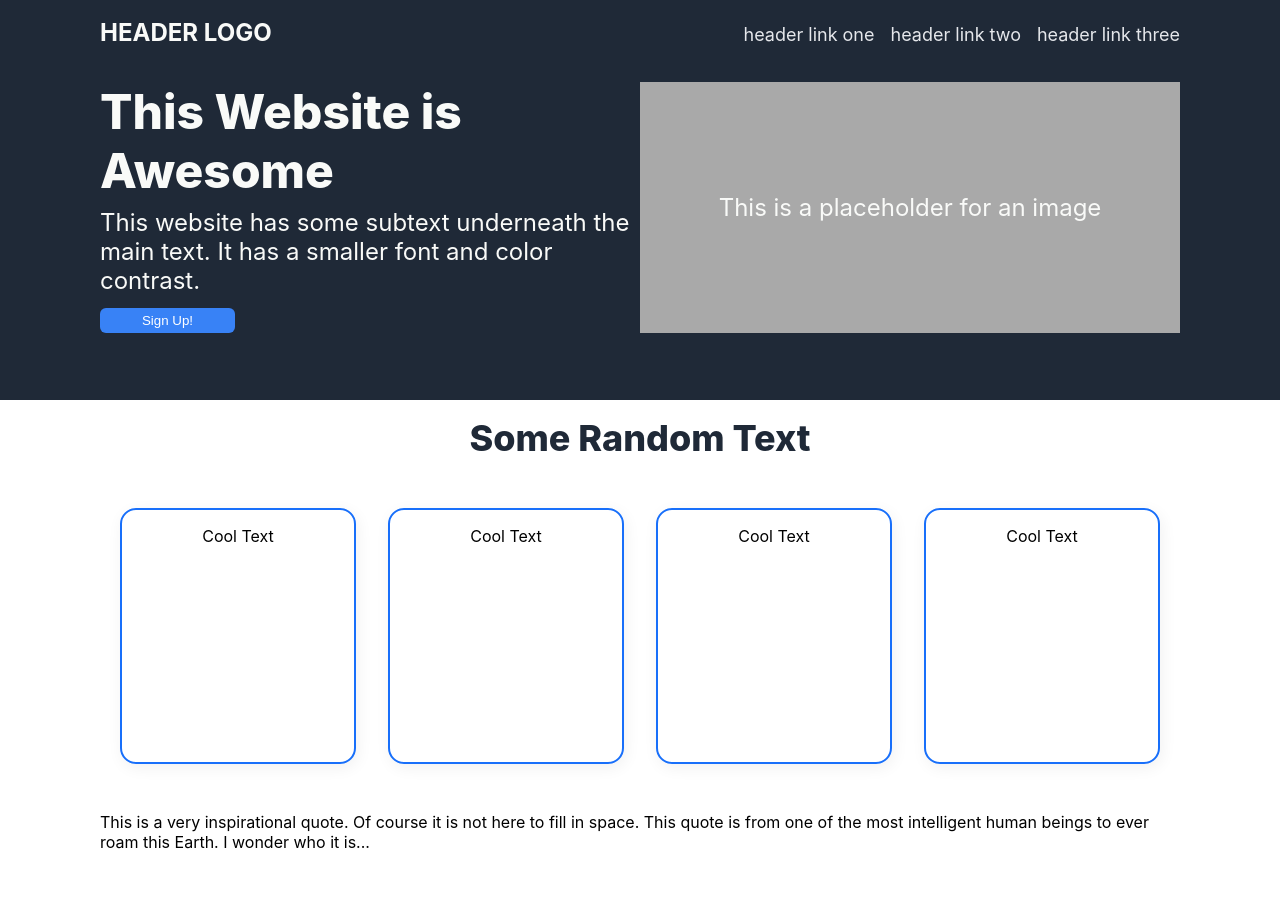
Repository: bbrockbrown/landing-page
Page: index.html
An editor plug-in stored every save of this project. The page is shown before and after the next save, followed by the edit.
The browser window is 1280 px wide. The pictures show the whole page.

Above is the page before, as saved 2024-07-24 15:48:56.

### index.html
<!DOCTYPE html>
<html lang="en">
<head>
    <meta charset="UTF-8">
    <meta name="viewport" content="width=device-width, initial-scale=1.0">
    <link rel="stylesheet" href="styles.css">
    <title>Landing Page</title>
</head>
<body>

    <div class="header">
        <div class="upper-header">
            <div class="logo" style="font-weight: bolder">HEADER LOGO</div>
            <ul class="header-links">
                <li><a href="https://www.google.com/" target="_blank">header link one</a></li>
                <li><a href="https://www.google.com/" target="_blank">header link two</a></li>
                <li><a href="https://www.google.com/" target="_blank">header link three</a></li>
            </ul>
        </div>

        <div class="header-content">
            <div class="header-text">
                <div class="awesome-text">
                    This Website is Awesome
                </div>
                <div class="subtext">
                    This website has some subtext underneath the main text.
                    It has a smaller font and color contrast.
                </div>
                <button class="signup-button">Sign Up!</button>
            </div>

            <div class="header-image">
                This is a placeholder for an image
            </div>
        </div>
    </div>




    <div class="body">
        <div class="box-text">Some Random Text</div>
        <div class="box-container">
            <div class="box">Cool Text</div>
            <div class="box">Cool Text</div>
            <div class="box">Cool Text</div>
            <div class="box">Cool Text</div>
        </div>

        <div class="quote-container">
            <div class="quote">This is a very inspirational quote. Of course it is not here
                to fill in space. This quote is from one of the most intelligent human beings
                to ever roam this Earth. I wonder who it is...
            </div>
        </div>
    </div>

    <div class="sign-up">

    </div>

    <div class="footer">

    </div>

</body>
</html>

### styles.css
body {
    font-family: -apple-system, BlinkMacSystemFont, 'Segoe UI', Roboto, Oxygen, Ubuntu, Cantarell, 'Open Sans', 'Helvetica Neue', sans-serif;
    margin: 0;
    min-height: 100vh;
}

.header {
    background-color: #1F2937;
    font-size: 24px;
    color: #F9FAF8;
    display: flex;
    padding: 0px 100px 50px 100px;
    height: 350px;
    flex-direction: column;
    justify-content: space-around;
}

.upper-header {
    display: flex;
    justify-content: space-between;
}

.header-content {
    display: flex;
    text-align: left;
    align-items: center;
}

.header-text {
    width: 50%;
    display: flex;
    flex-flow: column wrap;
    gap: 8px;
}

.header-image {
    text-align: center;
    width: 50%;
    height: 100%;
    background-color: darkgray;
    display: flex;
    flex-flow: column wrap;
    justify-content: center;
}

.awesome-text {
    font-size: 48px;
    font-weight: 800;
}

button {
    padding: 5px 30px 5px 30px;
    border-radius: 6px;
    width: 25%;
}

.signup-button {
    background-color: #3882F6;
    color: white;
    border: none;
    margin-top: 5px;
}

ul {
    margin: 0;
    padding: 0;
    list-style: none;
    display: flex;
    gap: 16px;
}

a {
    text-decoration: none;
    font-size: 18px;
    color: #E5E7EB;
}


.body {
    display: flex;
    flex: 1;
    flex-direction: column;
    align-items: center;
}

.box-text {
    font-size: 36px;
    color: #1F2937;
    font-weight: 800;
    margin-top: 16px;
}

.box-container {
    display: flex;
    padding: 48px;
    flex-wrap: wrap;
    gap: 32px;
    justify-content: center;
}


.box {
    border: 2px solid  #186ffa;
    box-shadow: 2px 4px 16px rgba(0,0,0,.06);
    border-radius: 16px;
    padding: 16px;
    width: 200px;
    height: 220px;
    text-align: center;
}

.quote-container {
    display: flex;
    flex: wrap;
}

.quote {
    padding: 0px 100px 50px 100px;
}

After the next save:
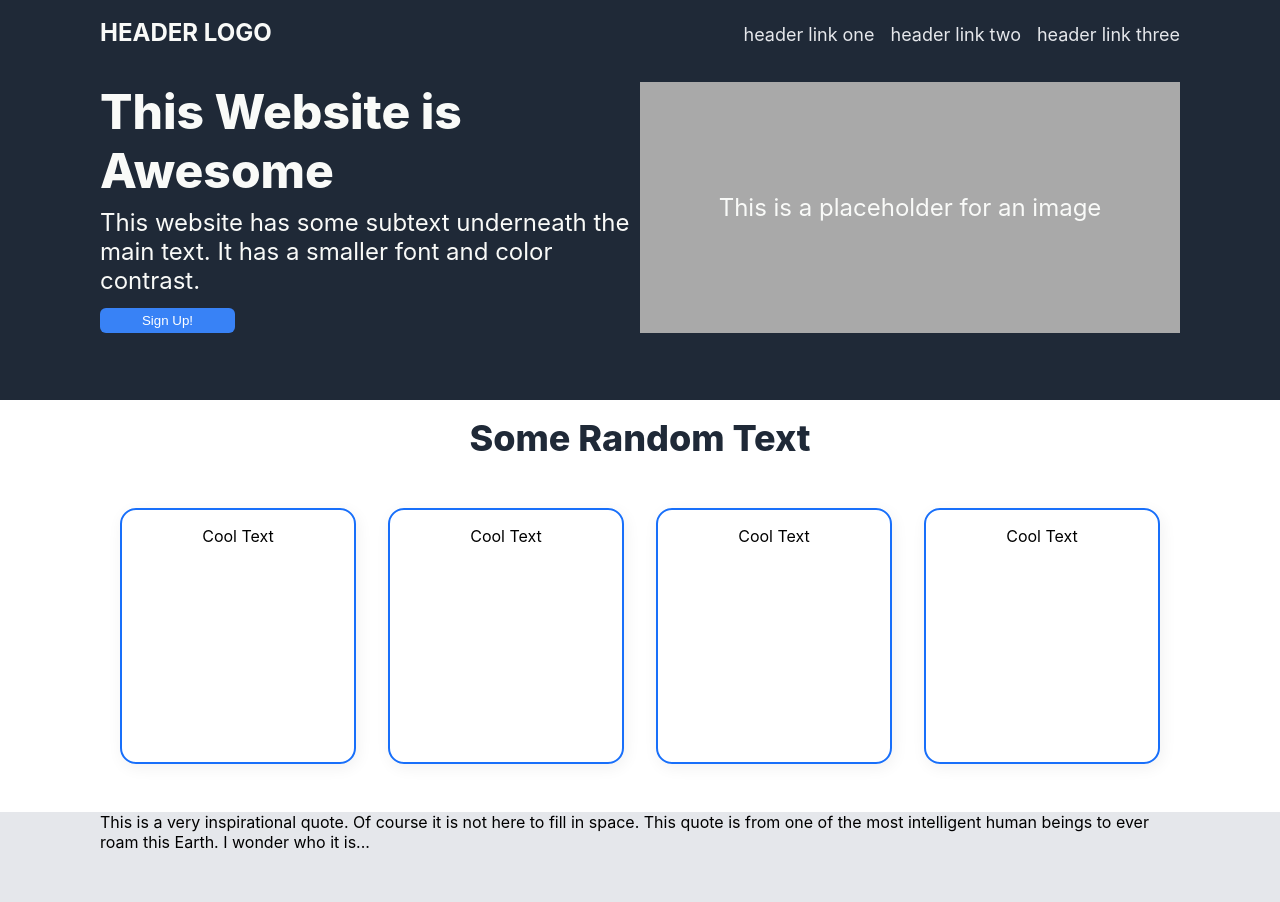
Saved 24 s later.
--- a/styles.css
+++ b/styles.css
@@ -112,8 +112,10 @@ a {
 .quote-container {
     display: flex;
     flex: wrap;
+    background-color: #E5E7EB;
 }
 
 .quote {
     padding: 0px 100px 50px 100px;
+
 }
